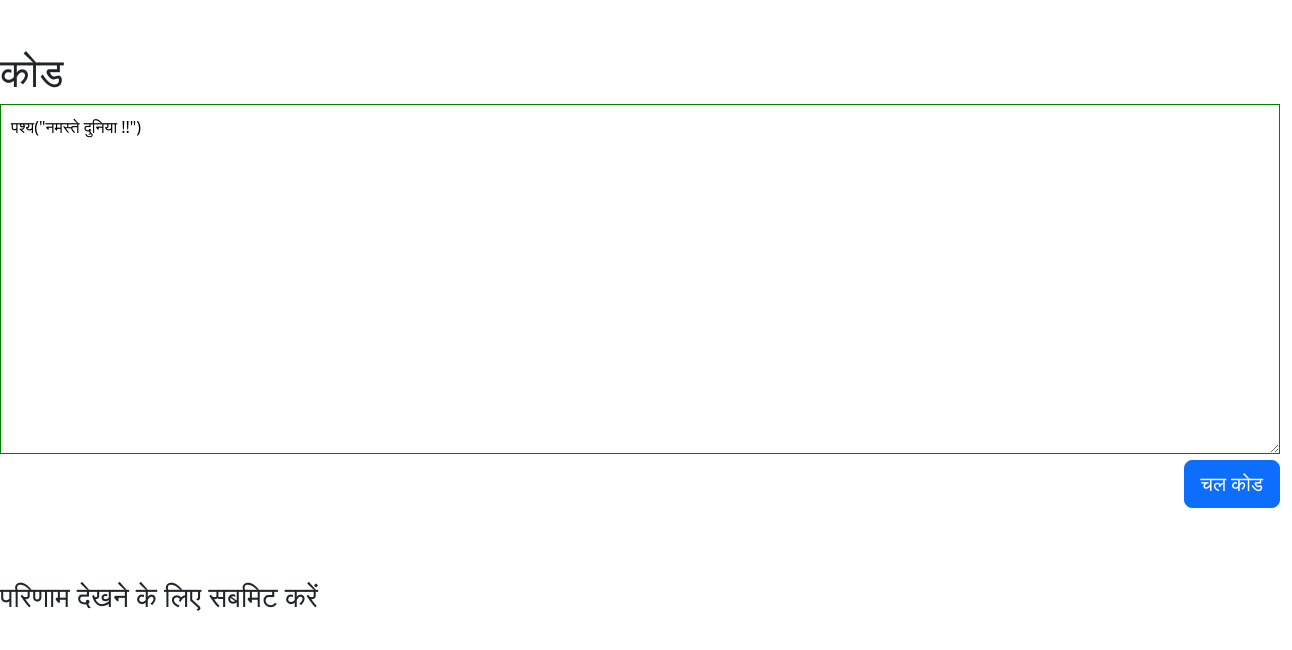
Repository: Vivek3072/webapp_shuniya_code.com
Page: /
The author's editor kept a copy of each file at every save. The page is drawn from the files as they stood at one save, then again after a run of saves.
The browser window is 1280 px wide. The page is 1292 px wide, so the pictures cover 1292 px, including what lies to the right of the window. The pictures show the whole page.
The project was rebuilt for these pictures with package versions that can differ from the ones it lists, and the page was loaded fresh each time. Also part of the build but not shown: src/components/Login.js, src/components/Singup.js. Imported but missing from the stored project, and not drawn on this page: src/axiosApi.

Above is the page before, as saved 2021-02-27 22:11:27.

### public/index.html
<!DOCTYPE html>
<html lang="en">
  <head>
    <meta charset="utf-8" />
    <link rel="icon" href="%PUBLIC_URL%/favicon.ico" />
    <meta name="viewport" content="width=device-width, initial-scale=1" />
    <meta name="theme-color" content="#000000" />
    <meta
      name="description"
      content="Web site created using create-react-app"
    />
    <link rel="apple-touch-icon" href="%PUBLIC_URL%/logo192.png" />
    <!-- CSS only -->
    <link href="https://cdn.jsdelivr.net/npm/bootstrap@5.0.0-beta2/dist/css/bootstrap.min.css" rel="stylesheet" integrity="sha384-BmbxuPwQa2lc/FVzBcNJ7UAyJxM6wuqIj61tLrc4wSX0szH/Ev+nYRRuWlolflfl" crossorigin="anonymous">
    <script src="https://cdn.jsdelivr.net/npm/bootstrap@5.0.0-beta2/dist/js/bootstrap.bundle.min.js" integrity="sha384-b5kHyXgcpbZJO/tY9Ul7kGkf1S0CWuKcCD38l8YkeH8z8QjE0GmW1gYU5S9FOnJ0" crossorigin="anonymous"></script>
    <!--
      manifest.json provides metadata used when your web app is installed on a
      user's mobile device or desktop. See https://developers.google.com/web/fundamentals/web-app-manifest/
    -->
    <link rel="manifest" href="%PUBLIC_URL%/manifest.json" />
    <!--
      Notice the use of %PUBLIC_URL% in the tags above.
      It will be replaced with the URL of the `public` folder during the build.
      Only files inside the `public` folder can be referenced from the HTML.

      Unlike "/favicon.ico" or "favicon.ico", "%PUBLIC_URL%/favicon.ico" will
      work correctly both with client-side routing and a non-root public URL.
      Learn how to configure a non-root public URL by running `npm run build`.
    -->
    <title>React App</title>
  </head>
  <body>
    <noscript>You need to enable JavaScript to run this app.</noscript>
    <div id="root"></div>
    <!--
      This HTML file is a template.
      If you open it directly in the browser, you will see an empty page.

      You can add webfonts, meta tags, or analytics to this file.
      The build step will place the bundled scripts into the <body> tag.

      To begin the development, run `npm start` or `yarn start`.
      To create a production bundle, use `npm run build` or `yarn build`.
    -->
  </body>
</html>

### src/index.js
import React from 'react';
import ReactDOM from 'react-dom';
import './index.css';
import App from './App';
import reportWebVitals from './reportWebVitals';
import {BrowserRouter} from 'react-router-dom'
ReactDOM.render(
  <BrowserRouter>
    <App />
  </BrowserRouter>,
  document.getElementById('root')
);

// If you want to start measuring performance in your app, pass a function
// to log results (for example: reportWebVitals(console.log))
// or send to an analytics endpoint. Learn more: https://bit.ly/CRA-vitals
reportWebVitals();

### src/App.js

import React, { Component} from "react";
import { Switch, Route, Link ,withRouter} from "react-router-dom";
import Login from "./components/Login";
import Signup from "./components/Singup";
// import Hello from "./hello";

import axiosInstance from "./axiosApi";

import home from './home'
import 'bootstrap/dist/css/bootstrap.min.css';
import './App.css'
class App extends Component {


    constructor() {
        super();
        this.handleLogout = this.handleLogout.bind(this);
    }

    async handleLogout() {
        try {
            const response = await axiosInstance.post('/blacklist/', {
                "refresh_token": localStorage.getItem("refresh_token")
            });
            localStorage.removeItem('access_token');
            localStorage.removeItem('refresh_token');
            axiosInstance.defaults.headers['Authorization'] = null;
            this.props.history.push('/');
            return response;
        }
        catch (e) {
            console.log(e);
        }
    };


    render() {
        const token=localStorage.getItem('access_token');
        console.log(token)
        return (
            <div className="Container-fluid">
                {/* <nav>
                {token ? <button onClick={this.handleLogout}>Logout</button>:<Link to="/login">Login</Link> }

                </nav> */}
                    <Switch>
                        <Route exact path="/" component={home}  />
                        <Route exact path={"/login/"} component={Login}/>
                        <Route exact path={"/signup/"} component={Signup}/>
                    </Switch>

            </div>
        );
    }
}

export default withRouter(App);

### src/home/index.js
import React, { Component } from "react";
import axios from "axios";
import './Index.css'
export default class home extends Component {
  constructor(props) {
    super(props);
    this.state = {
      texteditor: "",
      showtext: "",
      isSubmited: false,
      isloaded: false,
    };
  }
  submitHandler = () => {
    this.setState({
      isloaded: false,
      isSubmited: true,
    });
    var getText = document.getElementById("texteditor").value;
    console.log(getText);
    var code_text_b64 = btoa(unescape(encodeURIComponent(getText)));
    const postBody = {
      code_file_name: "a.py",
      code_input: "1",
      code_text_b64: code_text_b64,
      input_flag: "ABSENT",
    };
    var postContent = JSON.stringify(postBody);
    const headers = {
      "Content-Type": "application/json",
    };
    const res = axios
      .post(
        "http://ec2-13-232-16-70.ap-south-1.compute.amazonaws.com:8000/api/v1/web_ide/",
        postContent,
        headers
      )
      .then((res) => {
        this.setState({
          showtext: res.data,
          isloaded: true,
        });
      });
  };
  render() {
    return (
      <div>
        <br></br>
        <br></br>
          <div className="row">
            <div className="col-sm-12 col-md-12 col-lg-12">
              <h1>कोड</h1>
              <textarea id="texteditor" className="editorArea">
                पश्य("नमस्ते दुनिया !!")
              </textarea>
              <div
                className="menu-bar"
                style={{ position: "relative", textAlign: "end" }}
              >
                <button
                  className="btn btn-lg btn-primary submit-btn"
                  onClick={this.submitHandler}
                >
                  चल कोड
                </button>
              </div>
            </div>
            <div className="col-sm-12 col-md-12 col-lg-12">
              <div className="menu-bar"></div>
              <br></br>
              <br></br>
              <br></br>

              {this.state.isSubmited ? (
                <div>
                  <h1>परिणाम</h1>
                  {this.state.isloaded ? (
                    <textarea className="sub" value={this.state.showtext}>
                      {" "}
                    </textarea>
                  ) : (
                    <div>
                      <h6>प्रोसेसिंग....................</h6>
                      <div className="loader"></div>
                    </div>
                  )}
                </div>
              ) : (
                <h3>परिणाम देखने के लिए सबमिट करें</h3>
              )}
            </div>
          </div>
        </div>

    );
  }
}

### src/App.css

.editor_area{
  height: 500px;
}
textarea{
  position: relative;
  width: 100%;
  height: 200px;
  padding: 20px;
}

.loader {
  position: relative;
  margin-top: 100px;
  left: 50%;
  transform: translate(-50%,-50%);
  width: 100px;
  height: 100px;
  border: 20px solid;
  border-top-color:  rgb(11, 39, 133);
  border-bottom-color: rgb(90, 204, 90);
  border-right-color: rgb(73, 52, 167);
  border-left-color: rgb(212, 28, 28);
  border-radius: 50%;
  animation: spin 2s infinite linear;
}
@keyframes spin {
  from {
      transform: translate(-50%,-50%) rotate(0deg);
  }
  to {
      transform: translate(-50%,-50%) rotate(360deg);
  }
}

li{
  padding: 20px;
}
a{
  color: aliceblue;
  text-decoration: none;
}
a:hover{
  color: rgb(0, 255, 0);
}

### src/home/Index.css
.editorArea{
    margin: auto;
    width: 100%;
    border: 1px solid green;
    padding: 10px;
    height: 350px;
}

Loaded but not shown: src/index.css (common file); src/reportWebVitals.js (common file)

After the next 2 saves:
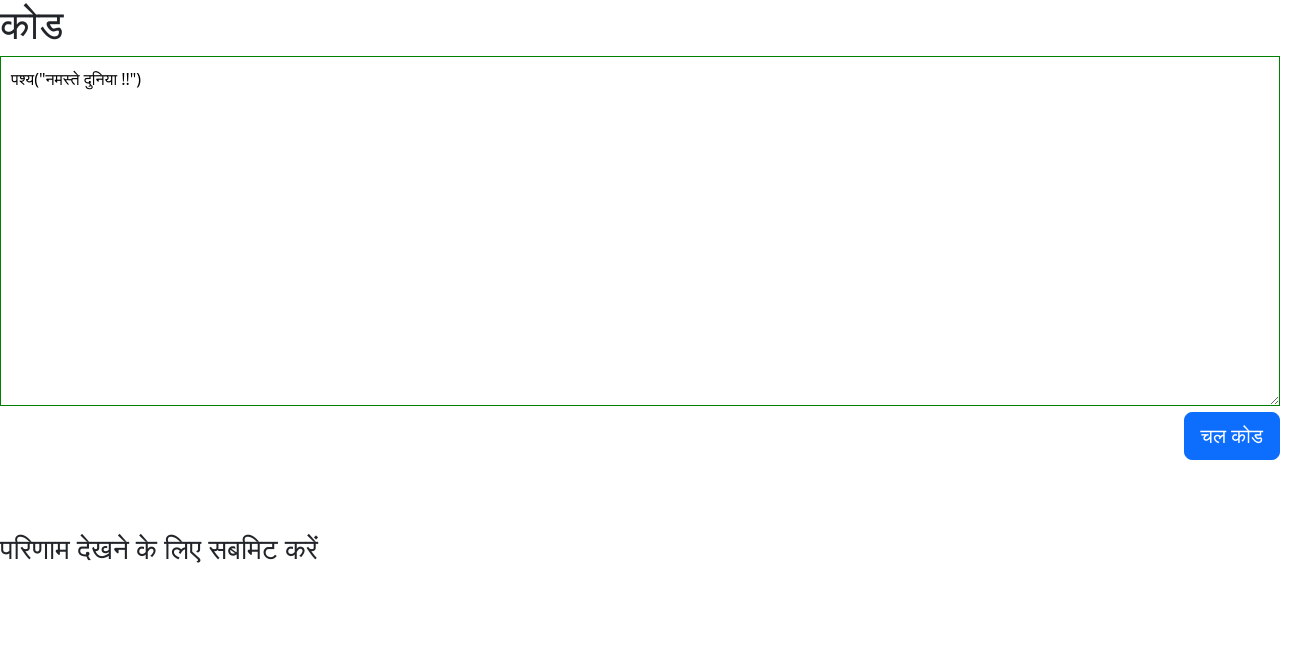
The 2 saves are shown as one change because 1 did not build or start.
The last was saved 44 s later.
--- a/src/home/index.js
+++ b/src/home/index.js
@@ -44,10 +44,10 @@ export default class home extends Component {
   };
   render() {
     return (
-      <div>
+      <div className="row">
         <br></br>
         <br></br>
-          <div className="row">
+
             <div className="col-sm-12 col-md-12 col-lg-12">
               <h1>कोड</h1>
               <textarea id="texteditor" className="editorArea">
@@ -90,7 +90,7 @@ export default class home extends Component {
               )}
             </div>
           </div>
-        </div>
+
 
     );
   }
